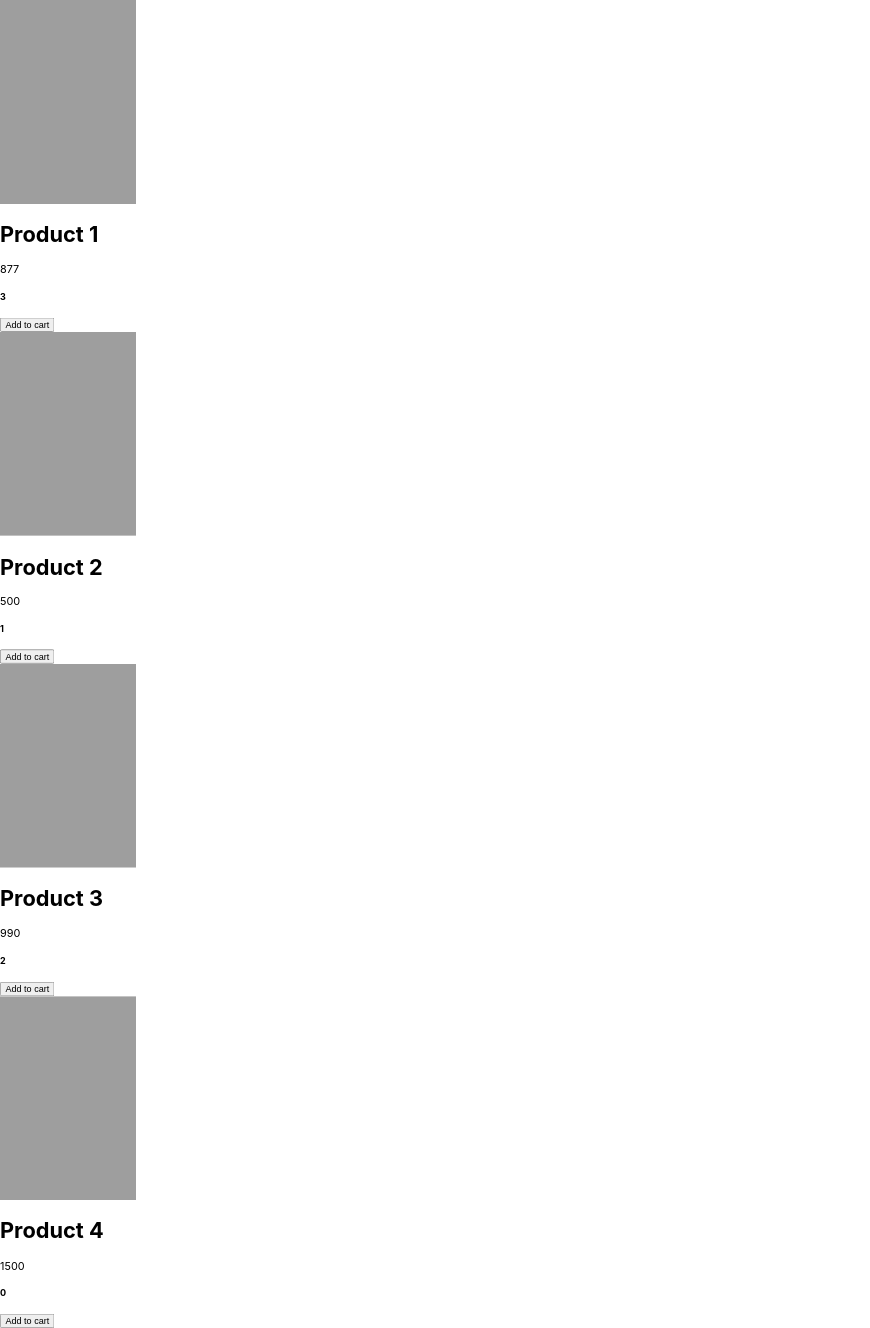
Repository: Imprasna/react-ecommerce
Page: /
The author's editor kept a copy of each file at every save. The page is drawn from the files as they stood at one save, then again after a run of saves.
The browser window is 1280 px wide. The pictures show the whole page, at 68% of full size.
Pictures or frames that could not be fetched are drawn as grey boxes. Some web libraries are served in a nearby version. The project was rebuilt for these pictures with package versions that can differ from the ones it lists, and the page was loaded fresh each time. Also part of the build but not shown: src/App.css.

Above is the page before, as saved 2022-06-12 11:30:33.

After the next 2 saves:
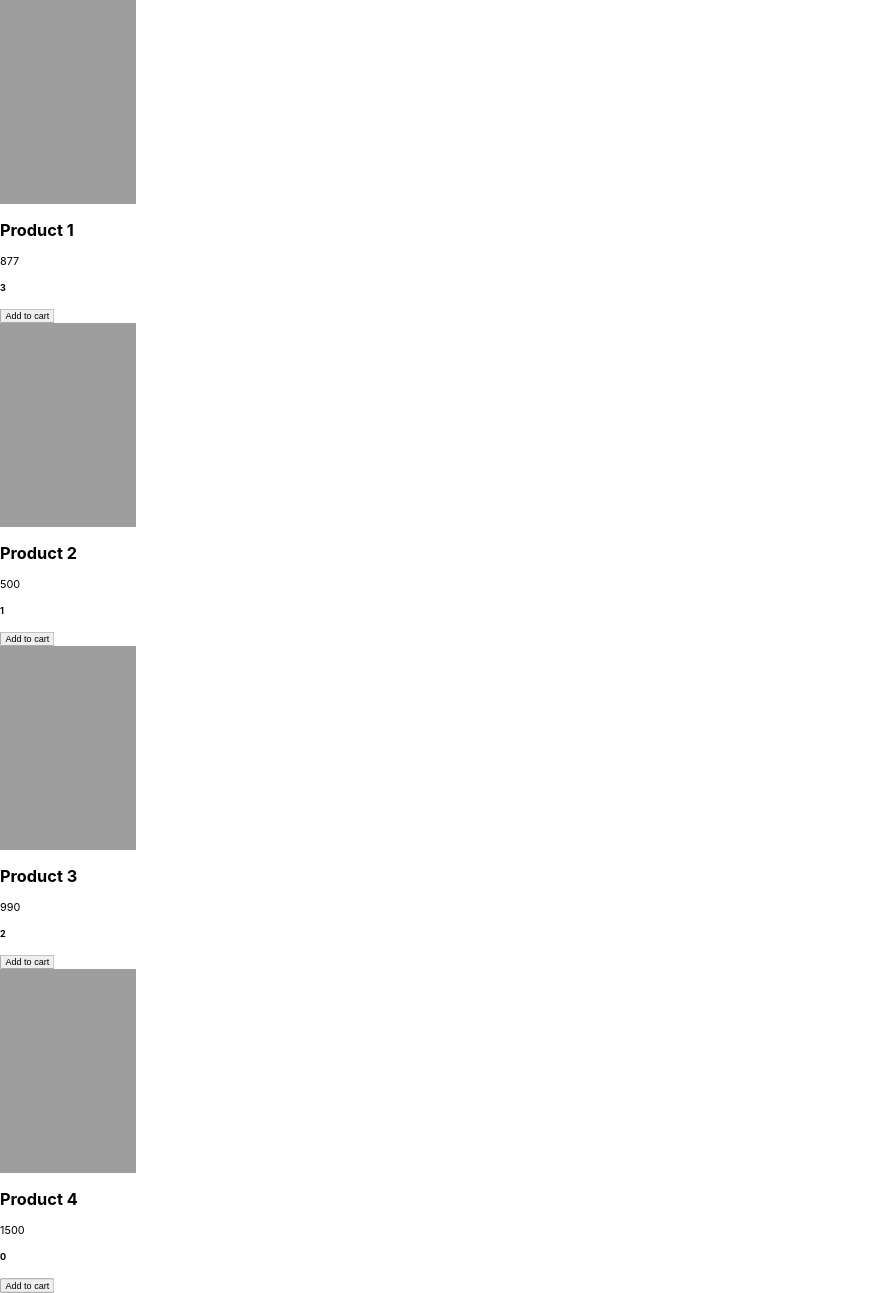
The 2 saves are shown as one change because they came seconds apart.
The last was saved 4 h 42 min later.
--- a/src/components/products.js
+++ b/src/components/products.js
@@ -7,7 +7,7 @@ function products() {
       Products.map(product =>
       {
           return (
-              <div>
+              <section>
                   <div>
                       <img src={product.image} />
                   </div>
@@ -17,7 +17,7 @@ function products() {
                   </div>
                   <h5>{product.availability}</h5>
                   <button>Add to cart</button>
-              </div>
+              </section>
           )
       })
   )
